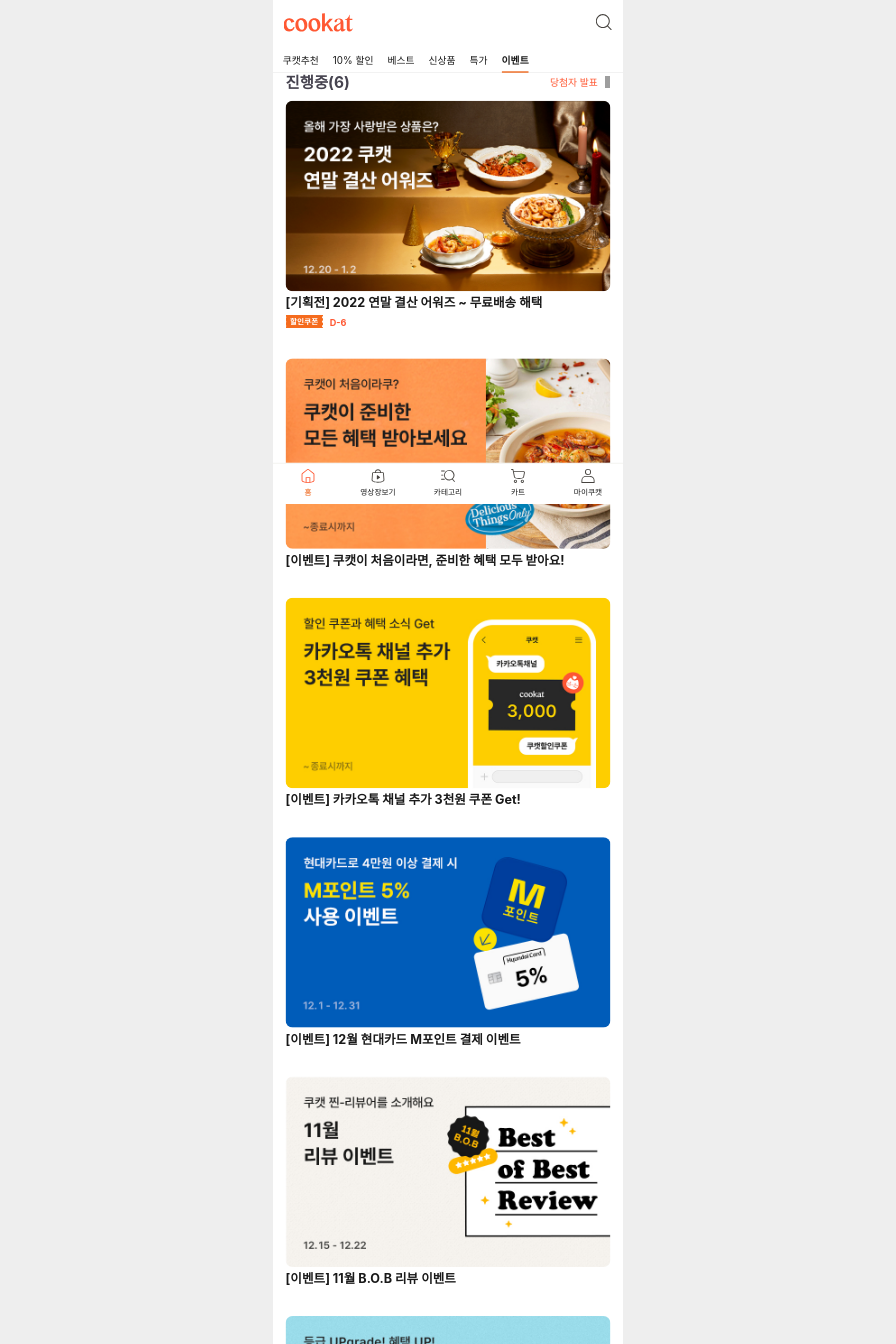
Repository: CooKat/Cookat
Page: event.html
An editor plug-in stored every save of this project. The page is shown before and after a run of saves, followed by the edit.
The browser window is 1280 px wide. The pictures show the part of the page from y = 0 to 1920 px (the page is 3066 px tall before and 7962 px after), at 70% of full size.
Pictures or frames that could not be fetched are drawn as grey boxes. A picture or video elsewhere on the page could not be fetched, so the positions and the page height are approximate. Some web fonts or font styles are not loaded; a fallback is used.

Above is the page before, as saved 2022-12-29 17:28:07.
Not found: css/responsive.css
Not found: js/ex1.js

### event.html
<!DOCTYPE html>
<html lang="ko-KR">
  <head>
    <meta charset="UTF-8" />
    <meta http-equiv="X-UA-Compatible" content="IE=edge" />
    <meta name="viewport" content="width=device-width, initial-scale=1.0" />
    <link rel="shortcut icon" type="image/x-icon" href="./images/1.png" />
    <link
      rel="stylesheet"
      as="style"
      crossorigin
      href="https://cdn.jsdelivr.net/gh/orioncactus/pretendard@v1.3.6/dist/web/static/pretendard.css"
    />
    <link
      href="https://cdn.jsdelivr.net/npm/remixicon@2.5.0/fonts/remixicon.css"
      rel="stylesheet"
    />
    <link
      rel="stylesheet"
      href="https://cdn.jsdelivr.net/npm/swiper/swiper-bundle.min.css"
    />
    <link rel="stylesheet" href="./css/main.css" />
    <link rel="stylesheet" href="./css/event.css" />
    <title>쿠캣</title>
  </head>
  <body>
    <div class="container">
      <!-- 상단 메뉴바 -->
      <header class="header">
        <a href="/" class="logo"
          ><img src="./images/logo-main.svg" alt="쿠캣마켓"
        /></a>
        <div class="menu swiper">
          <ul class="swiper-wrapper" role="menubar" aria-hidden="false">
            <li role="none" class="swiper-slide">
              <a role="menuitem" href="/">쿠캣추천</a>
            </li>
            <li class="swiper-slide" role="none">
              <a role="menuitem" href="/">10% 할인</a>
            </li>
            <li class="swiper-slide" role="none">
              <a role="menuitem" href="./best.html">베스트</a>
            </li>
            <li class="swiper-slide" role="none">
              <a role="menuitem" href="/">신상품</a>
            </li>
            <li class="swiper-slide" role="none">
              <a role="menuitem" href="./specialPrice.html">특가</a>
            </li>
            <li class="swiper-slide active" role="none">
              <a role="menuitem" href="/">이벤트</a>
            </li>
          </ul>
        </div>
        <button type="button" class="search">
          <img src="./images/ic-24-finder.svg" alt="검색 아이콘" />
        </button>
      </header>

      <main class="main">
        <section class="event">
          <!-- 진행중(6) 당첨자 발표 -->
          <div class="event-ing">
            <h2 class="event-ing-title">진행중(6)</h2>
            <a href="/"><p>당첨자 발표</p></a>
          </div>

          <!-- 행사 아이템들 -->
          <div class="item-list">
            <a href="/event.html">
              <div class="item-list-item">
                <img src="./images/event1.jpg" />
                <h2 class="item-list-title title-first">
                  [기획전] 2022 연말 결산 어워즈 ~ 무료배송 해택
                </h2>
                <div class="coupon-day">
                  <i class="icon-coupon"></i>
                  <span class="coupon-date">D-6</span>
                </div>
              </div>
            </a>
          </div>

          <div class="item-list">
            <a href="/event.html">
              <div class="item-list-item">
                <img src="./images/event2.jpg" />
                <h2 class="item-list-title">
                  [이벤트] 쿠캣이 처음이라면, 준비한 혜택 모두 받아요!
                </h2>
              </div>
            </a>
          </div>

          <div class="item-list">
            <a href="/event.html">
              <div class="item-list-item">
                <img src="./images/event3.jpg" />
                <h2 class="item-list-title">
                  [이벤트] 카카오톡 채널 추가 3천원 쿠폰 Get!
                </h2>
              </div>
            </a>
          </div>

          <div class="item-list">
            <a href="/event.html">
              <div class="item-list-item">
                <img src="./images/event4.jpg" />
                <h2 class="item-list-title">
                  [이벤트] 12월 현대카드 M포인트 결제 이벤트
                </h2>
              </div>
            </a>
          </div>

          <div class="item-list">
            <a href="/event.html">
              <div class="item-list-item">
                <img src="./images/event5.jpg" />
                <h2 class="item-list-title">[이벤트] 11월 B.O.B 리뷰 이벤트</h2>
              </div>
            </a>
          </div>

          <div class="item-list">
            <a href="/event.html">
              <div class="item-list-item">
                <img src="./images/event6.jpg" />
                <h2 class="item-list-title">
                  [공지사항] NEW 쿠캣 등급 개편 안내
                </h2>
              </div>
            </a>
          </div>
        </section>
      </main>

      <!-- footer -->
      <footer class="footer">
        <div class="center-info-container">
          <h2 class="center-info">쿠캣 고객센터</h2>
          <span class="time-info"
            >평일 <time>10:00</time> ~ <time>18:00</time> (점심시간
            <time>13:00</time> ~ <time>14:00</time>)</span
          >

          <a href="tel:1668-3525" class="center-contact"> 고객센터</a>
        </div>
        <div class="business-info-container">
          <div class="business-info-title-container">
            <h2 class="business-info">(주) 쿠캣 사업자 정보</h2>
            <button class="business-info-toggle-btn">
              <img
                alt="addit-toggle-img"
                src="	https://crcf.cookatmarket.com/assets/mobile/img/using_guide/ic-16-close-bold.svg"
              />
            </button>
          </div>

          <ul class="business-info-list">
            <li class="business-info-item">
              <label for="representative">대표자</label
              ><span id="representative">이문주</span>
            </li>
            <li class="business-info-item">
              <label for="address">주소</label>
              <address id="address">
                서울특별시 강남구 영동대로112길 36, 3층, 지하 1층 (삼성동,
                오티씨타워)
              </address>
            </li>
            <li class="business-info-item">
              <label
                for="
              business-number"
                >사업자등록번호</label
              ><span id=" business-number">
                110-86-12995
                <a class="business-info-check" href="/"
                  >사업자정보 확인</a
                ></span
              >
            </li>
            <li class="business-info-item">
              <label for="mail-order-number">통신판매업 신고번호</label
              ><span
                id="
              mail-order-number"
                >2018-서울강남-01681</span
              >
            </li>
            <li class="business-info-item">
              <div class="center-info-flexcontent-container">
                <label
                  for="
              service-center"
                  >고객센터</label
                >
                <div class="center-info-content-container">
                  <a
                    id="service-center"
                    href="tel:1668-3525
              "
                    >1668-3525
                  </a>
                  <span id="service-center"
                    >평일 <time>10:00</time> ~ <time>18:00</time> (점심시간
                    <time>13:00</time> ~ <time>14:00</time>) 주말
                    <time>10:00</time> ~ <time>13:00</time></span
                  >
                </div>
              </div>
            </li>
            <li class="business-info-item">
              <label for="marketing-email">마케팅 제휴문의</label
              ><span id="marketing-email">marketing@cookat.co</span>
            </li>
            <li class="business-info-item">
              <label
                for="
              goods-email"
                >상품 제휴문의</label
              ><span id=" goods-email">
                <span>product@cookat.co<br /></span
              ></span>
            </li>
            <li class="business-info-item">
              <label for="person-in-charge">개인정보보호 책임자</label
              ><span id="person-in-charge"> 주지석 (jiseok.joo@cookat.co)</span>
            </li>
          </ul>

          <small class="copyright">
            Copyright © 쿠캣. All rights reserved.</small
          >
          <ul class="more-details-list">
            <li><a class="more-details" href="/">이용약관</a></li>
            <li>
              <a class="more-details" id="qkdcla" href="/">개인정보 처리방침</a>
            </li>
            <li><a class="more-details" href="/">공지사항</a></li>
          </ul>
        </div>

        <div class="additional-container">
          <a href="/">로그인</a>
          <a id="app-down" href="/"> APP다운</a>
        </div>
      </footer>

      <!-- 하단바 -->
      <nav class="fix-footer-menu">
        <ul>
          <li class="my-home on"><a href="/">홈</a></li>
          <li class="my-video"><a href="/">영상장보기</a></li>
          <li class="my-menu"><a href="/">카테고리</a></li>
          <li class="my-cart"><a href="/">카트</a></li>
          <li class="my-cookat"><a href="/">마이쿠캣</a></li>
        </ul>
      </nav>
    </div>

    <!-- Swiper JS -->
    <script src="https://cdn.jsdelivr.net/npm/swiper/swiper-bundle.min.js"></script>
    <!-- Initialize Swiper -->
    <script src="./js/ex1.js"></script>
    <script>
      var menu = new Swiper('.menu.swiper', {
        slidesPerView: 'auto',
        freeMode: true,
      });
    </script>
  </body>
</html>

### css/event.css
main {
  padding: 0 18px;
}
body {
  margin-top: 30px;
}

.event-ing {
  display: flex;
  flex-flow: row nowrap;
  justify-content: space-between;
  align-items: center;
  margin-top: var(--spacing-xxxl);
  margin-bottom: var(--spacing-md);
}

.event-ing-title {
  font-size: var(--text-xl);
  line-height: var(--text-xxl);
  color: var(--color-black);
  font-weight: 700;
}

.event-ing p {
  color: #ff5833;
  font-size: var(--text-sm);
}
.event-ing p::after {
  content: '';
  color: #ff5833;
  margin-left: var(--spacing-xxs);
  padding-left: var(--spacing-md);
  background: url('https://crcf.cookatmarket.com/assets/mobile/img/using_guide/ic-16-next-orange-fit.svg')
    no-repeat 6px;
}

.item-list {
}

.item-list-item {
}

.item-list-item img {
  border-radius: 10px;
}

.item-list-title {
  font-size: var(--text-lg);
  line-height: var(--text-xxl);
  font-weight: 700;
  margin-bottom: var(--spacing-xxxl);
}

.title-first {
  margin-bottom: 0;
}

.item-list-title h2:first-child {
  margin-bottom: 0;
}

.coupon-day {
  margin-top: var(--spacing-xxs);
  display: flex;
  flex-flow: row nowrap;
  margin-bottom: var(--spacing-xxxl);
}

.icon-coupon {
  width: 53px;
  height: 19px;
  background: url(../images/ic-event-sale-coupon-orange.svg) no-repeat center;
  display: inline-block;
  text-align: center;
}

.coupon-date {
  color: #ff5833;
  line-height: var(--text-xl);
  font-size: var(--text-xs);
  align-items: center;
  font-weight: 700;
  padding-left: var(--spacing-sm);
}

@media (max-width: 500px) {
  .event-ing-title {
    font-size: 4vw;
    line-height: 3vh;
  }

  .item-list-title {
    font-size: 4vw;
    line-height: 2vh;
  }
}

### css/theme.css
:root {
  /* 수식 단축키 art+shift+M */
  --color-white: #ffffff;
  --color-blank: #f9f9f9;
  --color-cement: #9d9995;
  --color-placeholder: #bbb8b5;
  --color-deep-orange: #eb5500;
  --color-border: #e9e8e2;
  --color-success: #579bdb;
  --color-black: #46434f;
  --color-gray: #9d999d;
  --color-greyish-brown: #5b5752;

  --spacing-sxxs: 0.125rem; /* 2px */
  --spacing-xxs: 0.25rem; /* 4px */
  --spacing-xs: 0.5rem; /* 8px */
  --spacing-sm: 0.625rem; /* 10px */
  --spacing-xm: 0.75rem; /* 12px */
  --spacing-md: 0.875rem; /* 14px */
  --spacing-m: 0.937rem; /* 15px */
  --spacing-base: 1rem; /* 16px */
  --spacing-lg: 1.125rem; /* 18px */
  --spacing-l: 1.25rem; /* 20px */
  --spacing-xl: 1.5rem; /* 24px */
  --spacing-xxl: 2rem; /* 32px */
  --spacing-xxxl: 2.5rem; /* 40px */

  --spacing-6: 3.75rem; /* 60px */

  --text-sxxs: 0.6875rem; /* 11px */
  --text-xxs: 0.75rem; /* 12px */
  --text-xs: 0.8125rem; /* 13px */
  --text-sm: 0.875rem; /* 14px */
  --text-md: 0.9375rem; /* 15px */
  --text-base: 1rem; /* 16px */
  --text-lg: 1.125rem; /* 18px */
  --text-xl: 1.375rem; /* 22px */
  --text-xxl: 1.625rem; /* 26px */

  --swiper-navigation-size: 1.125rem; /* 18px */

  --max-width: 31.25rem; /* 500px */
}

Loaded but not shown: css/normalize.css (library); css/reset.css (common file); css/main.css (973 lines, source omitted)

After the next 2 saves:
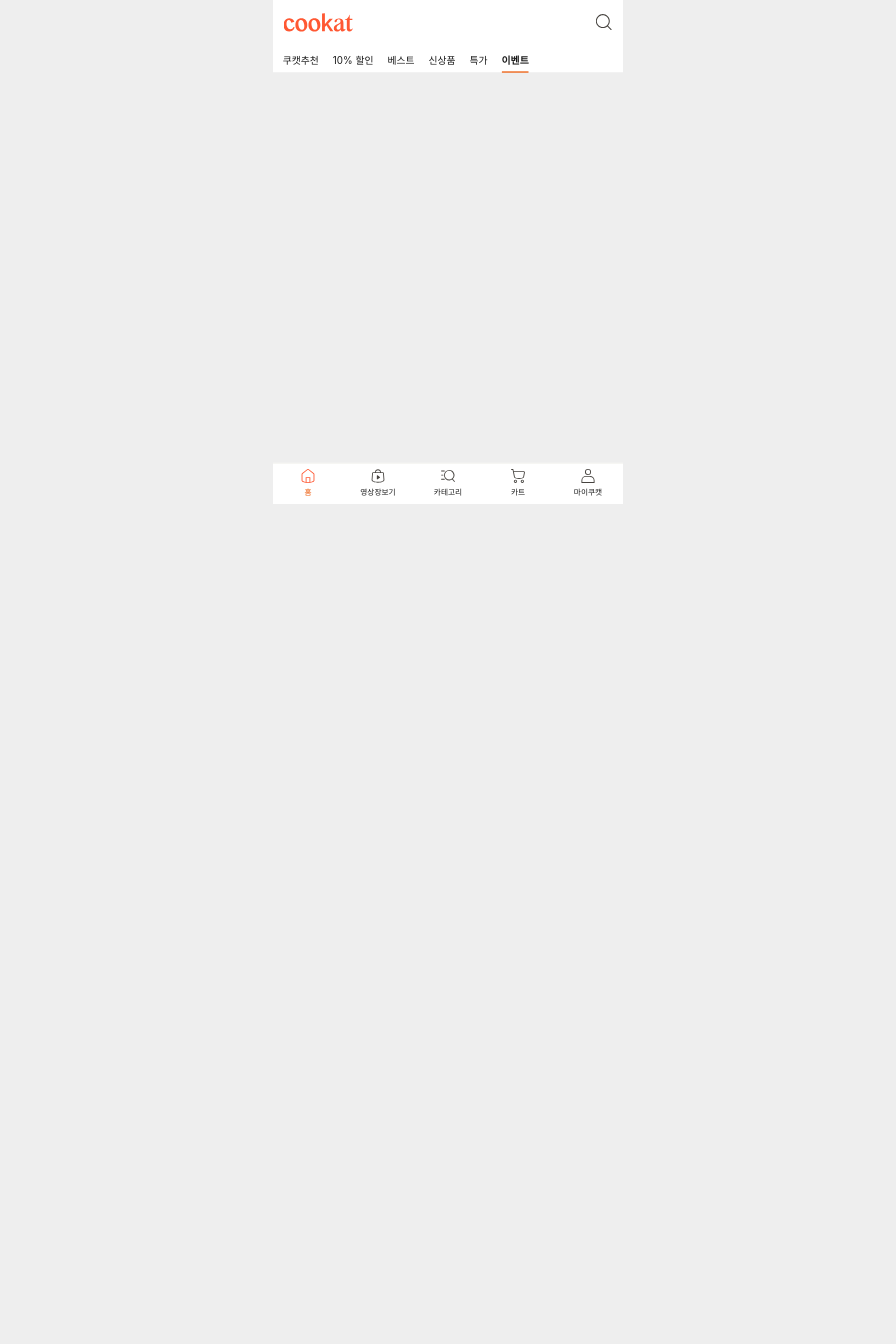
The 2 saves are shown as one change because they came seconds apart.
The last was saved 87 s later.
--- a/css/event.css
+++ b/css/event.css
@@ -1,8 +1,6 @@
 main {
+  margin-top: 5000px;
   padding: 0 18px;
-}
-body {
-  margin-top: 30px;
 }
 
 .event-ing {
